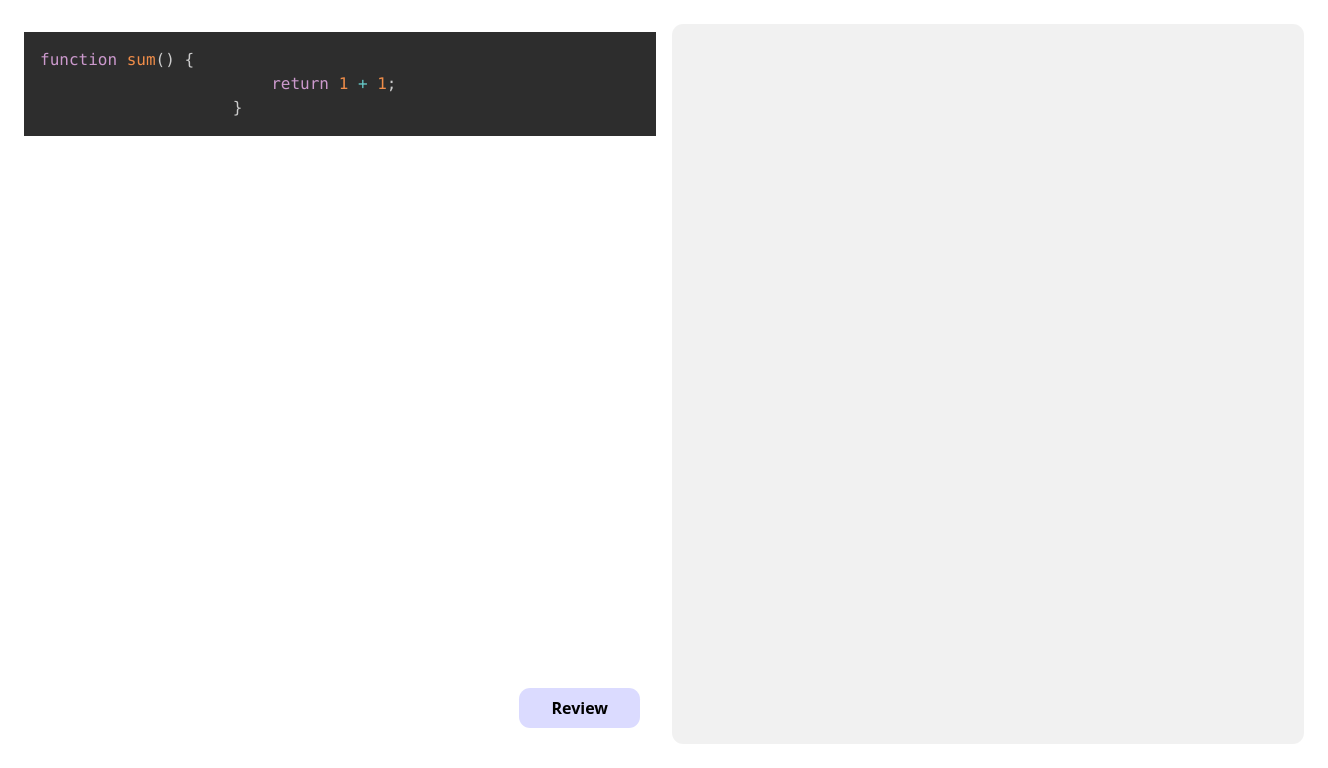
Repository: swarnabha-dutta/ai-code-reviewer
Page: / (app in frontend/)
An editor plug-in stored every save of this project. The page is shown before and after the next save, followed by the edit.
The browser window is 1280 px wide. The page is 1328 px wide, so the pictures cover 1328 px, including what lies to the right of the window. The pictures show the whole page.
The project was rebuilt for these pictures with package versions that can differ from the ones it lists, and the page was loaded fresh each time. Also part of the build but not shown: frontend/vite.config.js.

Above is the page before, as saved 2025-06-07 08:54:18.

### frontend/src/App.jsx
import { useEffect ,useState} from 'react';
import './App.css'
import "prismjs/themes/prism-tomorrow.css";
import prism from "prismjs";
import './App.css'

function App() {
  const [count, setCount] = useState(0);

 useEffect(() => {
   prism.highlightAll();
 })

  return (
    <>
      <main>
        <div className="left">
          <div className="code">
            <pre>
              <code className="language-javascript">
                    {`function sum() {
                        return 1 + 1;
                    }`}
              </code>
            </pre>
          </div>
          <div className="review">Review</div>
        </div>
        <div className="right"></div>
     </main>
    </>
  )
}





export default App

### frontend/src/App.css
* {
  margin: 0%;
  padding: 0%;
  box-sizing: border-boc;
}

html,
body,
#root {
  height: 100%;
  width: 100%;
}

main {
  height: 100%;
  width: 100%;
  padding: 1.5rem;
  display: flex;
  gap: 1rem;
}

main .left,
main .right {
  height: 100%;
  flex-basis: 50%;
  border-radius: 0.7rem;
}

main .left {
  background-color: #fff;
  position: relative;
}

.left .code {
  height: 100%;
  width: 100%;
}
main .left .review {
  position: absolute;
  bottom: 1rem;
  right: 1rem;
  background-color: rgb(219, 219, 255);
  color: #000;
  padding: 0.5rem 2rem;
  font-weight: 600;
  border-radius: 0.7rem;
  cursor: pointer;
  user-select: none;
}

main .right {
  background-color: #e8e8e89f;
}

Loaded but not shown: frontend/index.html (common file); frontend/src/main.jsx (common file); frontend/src/index.css (common file)

After the next save:
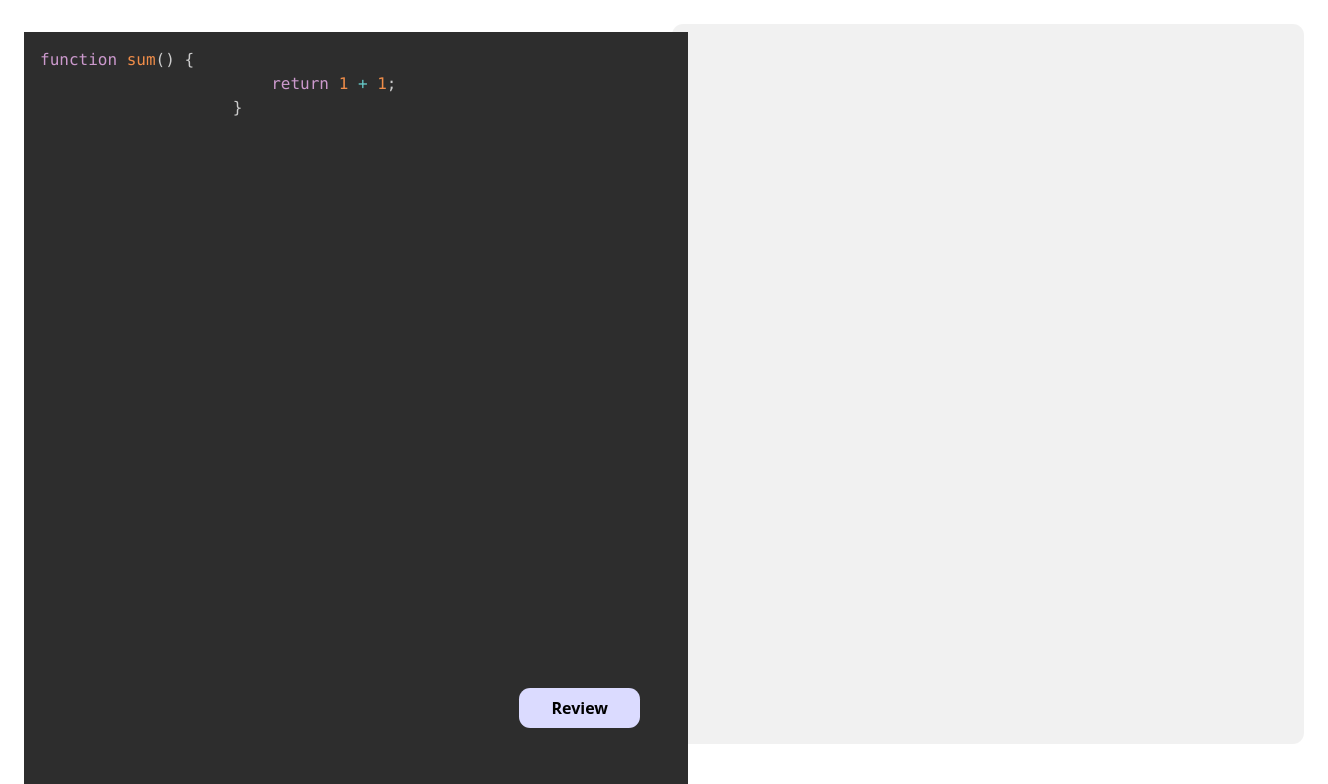
Saved 56 s later.
--- a/frontend/src/App.css
+++ b/frontend/src/App.css
@@ -31,7 +31,9 @@ main .left {
   position: relative;
 }
 
-.left .code {
+.left .code,
+.code pre,
+.code pre code {
   height: 100%;
   width: 100%;
 }
